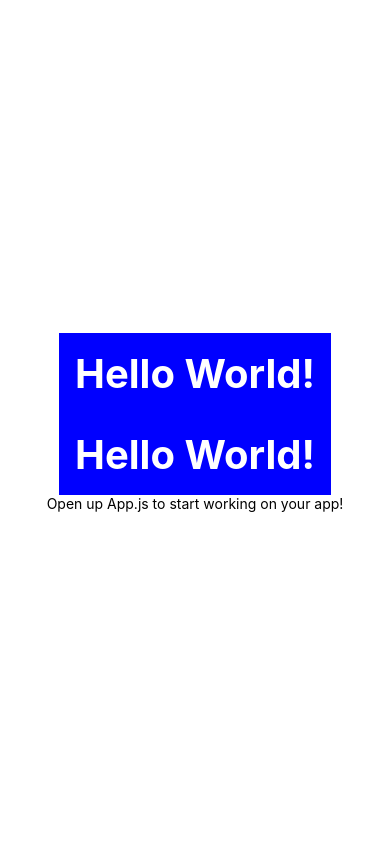
Repository: hirano-step/MemoApp
Screen: /
An editor plug-in stored every save of this project. The screen is shown before and after the next save, followed by the edit.
The app was drawn by React Native's web renderer in a window 390 px wide. The project was rebuilt for these pictures with package versions that can differ from the ones it lists, and the page was loaded fresh each time.

Above is the screen before, as saved 2023-01-10 18:30:00.

### App.jsx
import { StatusBar } from 'expo-status-bar';
import { StyleSheet, Text, View } from 'react-native';

import Hello from './src/components/Hello';

export default function App() {
  return (
    <View style={styles.container}>
      <Hello bang>World</Hello>
      <Hello bang>World</Hello>
      <Text>Open up App.js to start working on your app!</Text>
      {/* eslint-disable-next-line */}
      <StatusBar style="auto" />
    </View>
  );
}

const styles = StyleSheet.create({
  container: {
    flex: 1,
    backgroundColor: '#fff',
    alignItems: 'center',
    justifyContent: 'center',
  },
});

### src/components/Hello.jsx
import { View, Text, StyleSheet } from 'react-native';
import { string, bool, shape } from 'prop-types';

function Hello(props) {
  const { children, bang, style } = props;
  return (
    <View>
      <Text style={[styles.text, style]}>
        {`Hello ${children}${bang ? '!' : ''}`}
      </Text>
    </View>
  );
}

Hello.propTypes = {
  children: string.isRequired,
  bang: bool,
  style: shape(),
};

Hello.defaultProps = {
  bang: false,
  style: null,
};

const styles = StyleSheet.create({
  text: {
    color: '#FFFFFF',
    backgroundColor: 'blue',
    fontSize: 40,
    fontWeight: 'bold',
    padding: 16,
  },
});

export default Hello;

After the next save:
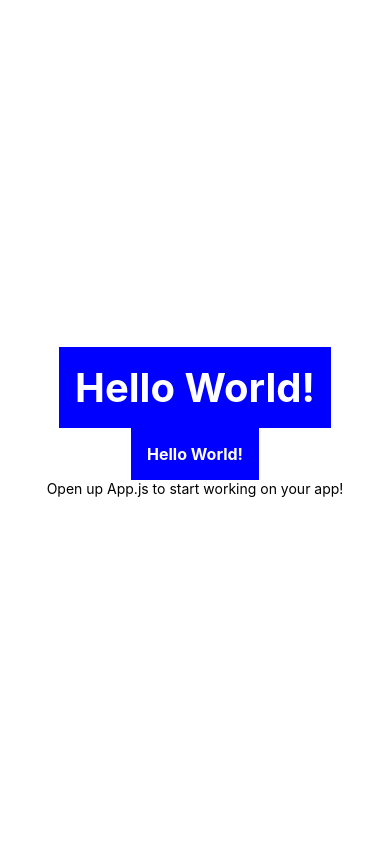
Saved 32 s later.
--- a/App.jsx
+++ b/App.jsx
@@ -7,7 +7,7 @@ export default function App() {
   return (
     <View style={styles.container}>
       <Hello bang>World</Hello>
-      <Hello bang>World</Hello>
+      <Hello bang style={{ fontSize: 16 }}>World</Hello>
       <Text>Open up App.js to start working on your app!</Text>
       {/* eslint-disable-next-line */}
       <StatusBar style="auto" />
